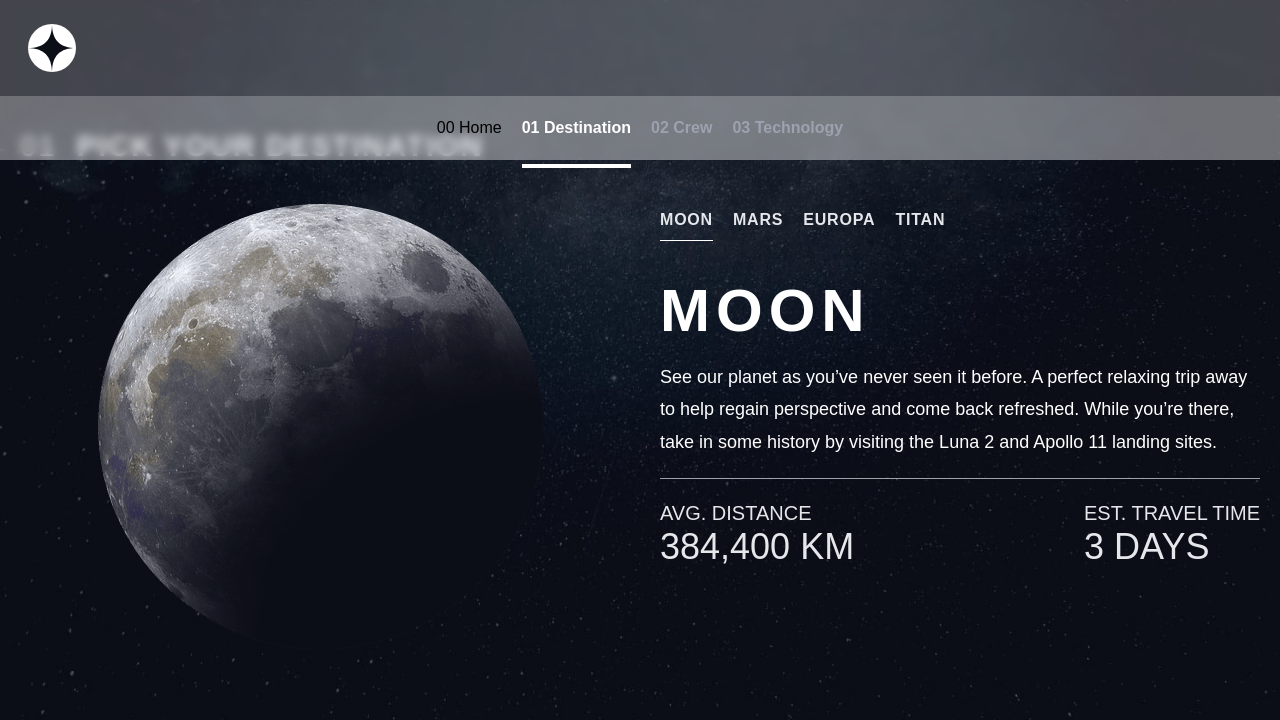
Repository: OmniaRafat232111121/Space-Toursim
Page: /destination
The author's editor kept a copy of each file at every save. The page is drawn from the files as they stood at one save, then again after a run of saves.
The browser window is 1280 px wide. The pictures show the whole page.
Some web fonts or font styles are not loaded; a fallback is used. The project was rebuilt for these pictures with package versions that can differ from the ones it lists, and the page was loaded fresh each time. Also part of the build but not shown: src/components/Home.js, src/components/Crew.js, src/components/Technology.js, src/components/Error.js.

Above is the page before, as saved 2022-08-09 15:34:14.

### public/index.html
<!DOCTYPE html>
<html lang="en">
  <head>
    <meta charset="utf-8" />
    <link rel="icon" href="%PUBLIC_URL%/favicon-32x32.png" />
    <meta name="viewport" content="width=device-width, initial-scale=1" />
    <meta name="theme-color" content="#111827" />
    <meta name="description" content="Space Toursim Multi Page Website" />
    <link rel="apple-touch-icon" href="%PUBLIC_URL%/logo192.png" />
    <!--
      manifest.json provides metadata used when your web app is installed on a
      user's mobile device or desktop. See https://developers.google.com/web/fundamentals/web-app-manifest/
    -->
    <link rel="manifest" href="%PUBLIC_URL%/manifest.json" />
    <!--
      Notice the use of %PUBLIC_URL% in the tags above.
      It will be replaced with the URL of the `public` folder during the build.
      Only files inside the `public` folder can be referenced from the HTML.

      Unlike "/favicon.ico" or "favicon.ico", "%PUBLIC_URL%/favicon.ico" will
      work correctly both with client-side routing and a non-root public URL.
      Learn how to configure a non-root public URL by running `npm run build`.
    -->
    <link
      rel="stylesheet"
      href="https://cdnjs.cloudflare.com/ajax/libs/tailwindcss/2.2.17/tailwind.min.css"
      referrerpolicy="no-referrer"
    />
    <link rel="preconnect" href="https://fonts.googleapis.com" />
    <link rel="preconnect" href="https://fonts.gstatic.com" crossorigin />
    <link
      href="https://fonts.googleapis.com/css2?family=Mohave:wght@400&family=Zen+Antique&display=swap"
      rel="stylesheet"
    />
    <title>Space Tourism Multi Page Website</title>
  </head>
  <body>
    <noscript>You need to enable JavaScript to run this app.</noscript>
    <div id="root"></div>
    <!--
      This HTML file is a template.
      If you open it directly in the browser, you will see an empty page.

      You can add webfonts, meta tags, or analytics to this file.
      The build step will place the bundled scripts into the <body> tag.

      To begin the development, run `npm start` or `yarn start`.
      To create a production bundle, use `npm run build` or `yarn build`.
    -->
  </body>
</html>

### src/index.css
body {
  margin: 0;
  font-family: "Mohave", sans-serif;
  -webkit-font-smoothing: antialiased;
  -moz-osx-font-smoothing: grayscale;
}

h1,
h2 {
  font-family: "Zen Antique", sans-serif;
}

a {
  text-decoration: none;
}

img {
  max-width: 100%;
}

button,
img {
  user-select: none;
  -moz-user-select: none;
}

p {
  line-height: 1.8;
}

.gray {
  color: #7e7e7e;
}

.white {
  color: #ffffff;
}

.header {
  position: absolute;
  width: 100%;
  background-color: rgba(255, 255, 255, 0.233);
  backdrop-filter: blur(5px);
  --webkit-backdrop-fiter: blur(5px);
}

.header nav {
  display: none;
}

 .header nav.open {
  display: block;
}

.header nav ul {
  display: flex;
  flex-direction: column;
  align-items: center;
  justify-content: center;
  background-color: #111827;
  backdrop-filter: blur(10px);
  --webkit-backdrop-filter: blur(10px);
  width: calc(100vw - 50px);
  position: absolute;
  left: 50%;
  top: 100px;
  transform: translateX(-50%);
  z-index: 999;
}

 .header nav ul li {
  margin: 10px 0;
}

.menu {
  display: block;
}

@media (min-width: 768px) {
  .menu {
    display: none;
  }

  .header nav {
    display: block;
  }

  .header nav ul {
    flex-direction: row;
    background-color: transparent;
    backdrop-filter: blur(0);
    --webkit-backdrop-filter: blur(0);
    position: relative;
    top: 0;
    right: 0;
    width: auto;
  }

  .header nav ul li {
    margin: 0 10px;
  }
}

.home {
  background: url("./starter-code/assets/home/background-home-mobile.jpg")
    no-repeat center/cover;
  height: calc(100vh - 1px);
}

.home .overlay {
  display: flex;
  flex-direction: column;
  align-items: center;
  justify-content: center;
  height: calc(100vh - 1px);
}

.destinations {
  background: url("./starter-code/assets/destination/background-destination-mobile.jpg")
    no-repeat center/cover;
  height: auto;
}

.crew {
  background: url("./starter-code/assets/crew/background-crew-mobile.jpg")
    no-repeat center/cover;
  height: auto;
}

.technology {
  background: url("./starter-code/assets/technology/background-technology-mobile.jpg")
    no-repeat center/cover;
  height: auto;
}

@media (min-width: 768px) {
  .home {
    background: url("./starter-code/assets/home/background-home-tablet.jpg")
      no-repeat center/cover;
    height: calc(100vh - 1px);
  }

  .home .overlay {
    flex-direction: row;
  }

  .destinations {
    background: url("./starter-code/assets/destination/background-destination-tablet.jpg")
      no-repeat center/cover;
  }

  .crew {
    background: url("./starter-code/assets/crew/background-crew-tablet.jpg")
      no-repeat center/cover;
  }

  .technology {
    background: url("./starter-code/assets/technology/background-technology-tablet.jpg")
      no-repeat center/cover;
  }

  @media (min-width: 1280px) {
    p {
      font-size: 18px;
    }

    .home {
      background: url("./starter-code/assets/home/background-home-desktop.jpg")
        no-repeat center/cover;
      height: 100vh;
    }

    .home .overlay {
      max-width: 1200px;
      margin: auto;
    }

    .destinations {
      background: url("./starter-code/assets/destination/background-destination-desktop.jpg")
        no-repeat center/cover;
    }

    .crew {
      background: url("./starter-code/assets/crew/background-crew-desktop.jpg")
        no-repeat center/cover;
    }

    .technology {
      background: url("./starter-code/assets/technology/background-technology-desktop.jpg")
        no-repeat center/cover;
    }
  }
}

### src/App.js
import { BrowserRouter as Router, Route, Switch } from "react-router-dom"
import {
  Header,
  Home,
  Destination,
  Crew,
  Technology,
  Error,
} from "./components"

function App() {
  return (
    <Router>
      <main>
        <Header />

        <Switch>
          <Route path="/" exact>
            <Home />
          </Route>
          <Route path="/destination">
            <Destination />
          </Route>
          <Route path="/crew">
            <Crew />
          </Route>
          <Route path="/technology">
            <Technology />
          </Route>
          <Route path="*">
            <Error />
          </Route>
        </Switch>
      </main>
    </Router>
  )
}

export default App

### src/components/index.js
import Header from "./Header"
import Home from "./Home"
import Destination from "./Destination"
import Crew from "./Crew"
import Technology from "./Technology"
import Error from "./Error"

export { Header, Home, Destination, Crew, Technology, Error }

### src/components/Header.js
import React from 'react'
import { NavLink } from "react-router-dom"
import logo from "../starter-code/assets/shared/logo.svg"
import { FiMenu } from "react-icons/fi"
const Header = () => {
  const handleClick=()=>{
    const navbar=document.getelementByid("navbar");
    navbar.classList.toggle="open";
  }
  return (
    <>
    <header className="header d-flex align-items-center justify-betwen">
    <div className="py-6 mx-7">
    <NavLink to="/">
    <img src={logo} alt="space"/>
    </NavLink>
    </div>


    <nav id="navbar">
    <ul className="d-flex align-items-center">
    <li>
    <NavLink
    to="/"
    exact
    activeClassName="text-white border-b-4 border-white pb-7"
  >
  <span>00</span> Home
  </NavLink>
    </li>
    <li className="mx-2 py-5 text-gray-400 font-semibold">
              <NavLink
                to="/destination"
                exact
                activeClassName="text-white border-b-4 border-white pb-7"
              >
                <span>01</span> Destination
              </NavLink>
            </li>
            <li className="mx-2 py-5 text-gray-400 font-semibold">
              <NavLink
                to="/crew"
                exact
                activeClassName="text-white border-b-4 border-white pb-7"
              >
                <span>02</span> Crew
              </NavLink>
            </li>
            <li className="mx-2 py-5 text-gray-400 font-semibold">
              <NavLink
                to="/technology"
                exact
                activeClassName="text-white border-b-4 border-white pb-7"
              >
                <span>03</span> Technology
              </NavLink>
            </li>
    </ul>
    <div className="menu">
    <button id="menu" onClick={handleClick}>
      <FiMenu className="text-white text-4xl" />
    </button>
  </div>
    </nav>
    </header>
    </>
  )
}

export default Header

### src/components/Destination.js
import { useState } from "react"
import data from "../starter-code/data.json"

export default function Destination() {
  const [planets] = useState(data.destinations)
  const [value, setValue] = useState(0)

  const { name, images, description, distance, travel } = planets[value]

  return (
    <>
      <section className="home destinations">
        <div className="px-5 pt-32 grid grid-cols-1 gap-5 md:grid-cols-2 gap-10 xl:max-w-7xl xl:mx-auto">
          <article className="text-center md:text-left">
            <h2 className="text-white text-3xl font-extralight text-gray-300 uppercase tracking-wider pb-10">
              01
              <span className="ml-5 font-bold">Pick your destination</span>
            </h2>

            <img
              src={images.png}
              alt={name}
              title={name}
              className="block mx-auto"
            />
          </article>

          <article className="pt-20 text-center md:text-left pb-10">
            <ul className="flex items-center justify-center md:justify-start mb-10">
              {planets.map((item, index) => (
                <li key={index} className="mr-5">
                  <button
                    onClick={() => setValue(index)}
                    className={`uppercase font-semibold tracking-wider text-gray-200 pb-2 border-b border-transparent ${
                      index === value && "border-b border-white"
                    }`}
                  >
                    {item.name}
                  </button>
                </li>
              ))}
            </ul>

            <h2 className="text-white font-bold text-4xl lg:text-6xl uppercase tracking-widest mb-5">
              {name}
            </h2>

            <p className="text-white border-b border-gray-400 pb-5">
              {description}
            </p>

            <ul className="flex flex-wrap items-center justify-between pt-5">
              <li className="uppercase text-gray-200 text-xl">
                Avg. Distance<span className="text-4xl block">{distance}</span>
              </li>
              <li className="uppercase text-gray-200 text-xl">
                Est. travel time<span className="text-4xl block">{travel}</span>
              </li>
            </ul>
          </article>
        </div>
      </section>
    </>
  )
}

Loaded but not shown: src/index.js (common file); src/reportWebVitals.js (common file); src/starter-code/data.json (common file)

After the next 2 saves:
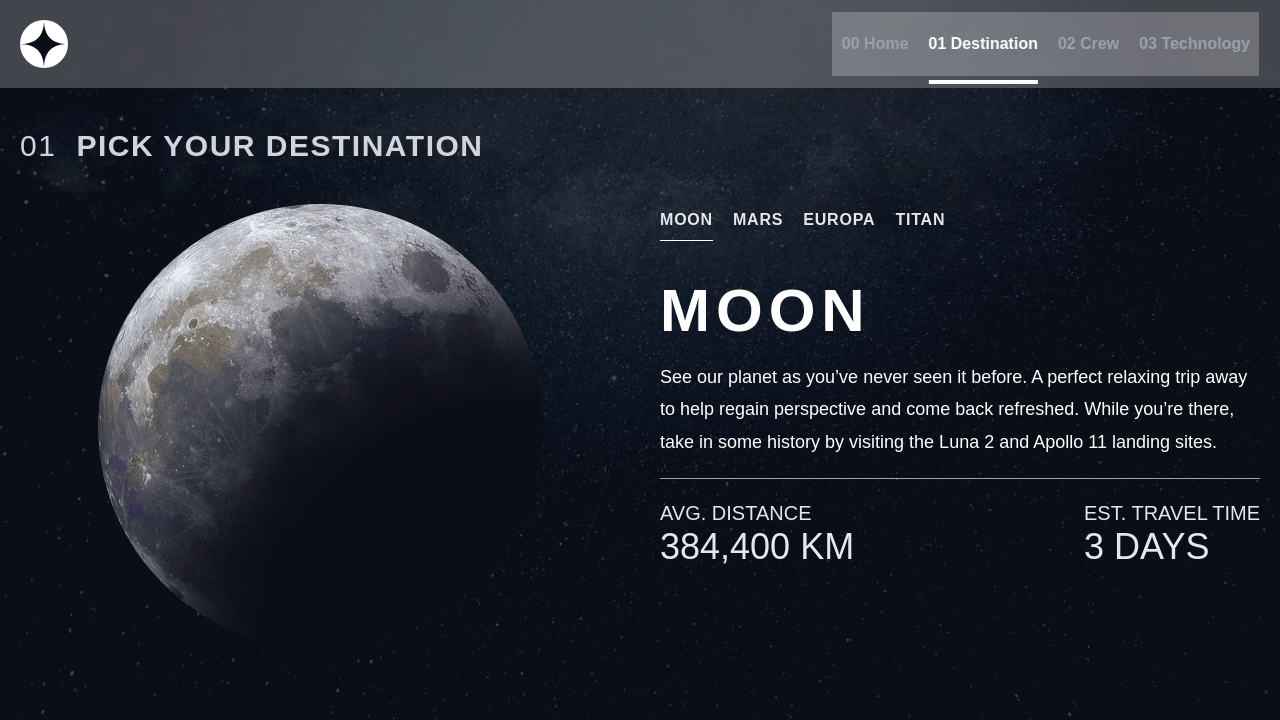
The 2 saves are shown as one change because they came seconds apart.
The last was saved 45 s later.
--- a/src/components/Header.js
+++ b/src/components/Header.js
@@ -1,34 +1,37 @@
 import React from 'react'
 import { NavLink } from "react-router-dom"
+import { FiMenu } from "react-icons/fi"
 import logo from "../starter-code/assets/shared/logo.svg"
-import { FiMenu } from "react-icons/fi"
-const Header = () => {
-  const handleClick=()=>{
-    const navbar=document.getelementByid("navbar");
-    navbar.classList.toggle="open";
+
+export default function Header() {
+  const handleClick = () => {
+    const navbar = document.getElementById("navbar")
+
+    navbar.classList.toggle("open")
   }
+
   return (
     <>
-    <header className="header d-flex align-items-center justify-betwen">
-    <div className="py-6 mx-7">
-    <NavLink to="/">
-    <img src={logo} alt="space"/>
-    </NavLink>
-    </div>
+      <header className="header px-5 flex items-center justify-between">
+        <div className="py-5">
+          <NavLink to="/">
+            <img src={logo} alt="space" title="Travel to Space" />
+          </NavLink>
+        </div>
 
-
-    <nav id="navbar">
-    <ul className="d-flex align-items-center">
-    <li>
-    <NavLink
-    to="/"
-    exact
-    activeClassName="text-white border-b-4 border-white pb-7"
-  >
-  <span>00</span> Home
-  </NavLink>
-    </li>
-    <li className="mx-2 py-5 text-gray-400 font-semibold">
+        {/* {isOpen && ( */}
+        <nav id="navbar">
+          <ul className="flex items-center">
+            <li className="mx-2 py-5 text-gray-400 font-semibold">
+              <NavLink
+                to="/"
+                exact
+                activeClassName="text-white border-b-4 border-white pb-7"
+              >
+                <span>00</span> Home
+              </NavLink>
+            </li>
+            <li className="mx-2 py-5 text-gray-400 font-semibold">
               <NavLink
                 to="/destination"
                 exact
@@ -55,16 +58,16 @@ const Header = () => {
                 <span>03</span> Technology
               </NavLink>
             </li>
-    </ul>
-    <div className="menu">
-    <button id="menu" onClick={handleClick}>
-      <FiMenu className="text-white text-4xl" />
-    </button>
-  </div>
-    </nav>
-    </header>
+          </ul>
+        </nav>
+        {/* )} */}
+
+        <div className="menu">
+          <button id="menu" onClick={handleClick}>
+            <FiMenu className="text-white text-4xl" />
+          </button>
+        </div>
+      </header>
     </>
   )
 }
-
-export default Header
